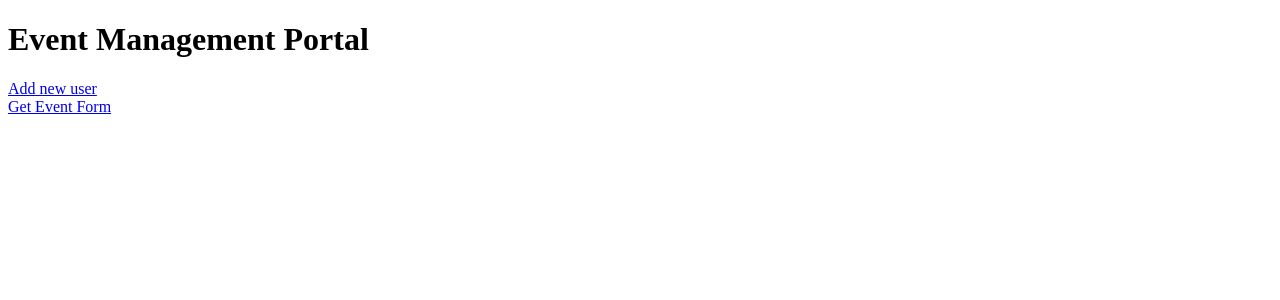
Repository: aradhyakasat/training_projects
Page: http://localhost/event_management/
An editor plug-in stored every save of this project. The page is shown before and after the next save, followed by the edit.
The browser window is 1280 px wide. The pictures show the whole page.
The page is served by Tomcat 9. Nobody is signed in. The application's start-up code is not run.

Above is the page before, as saved 2018-08-01 04:49:52.

After the next save:
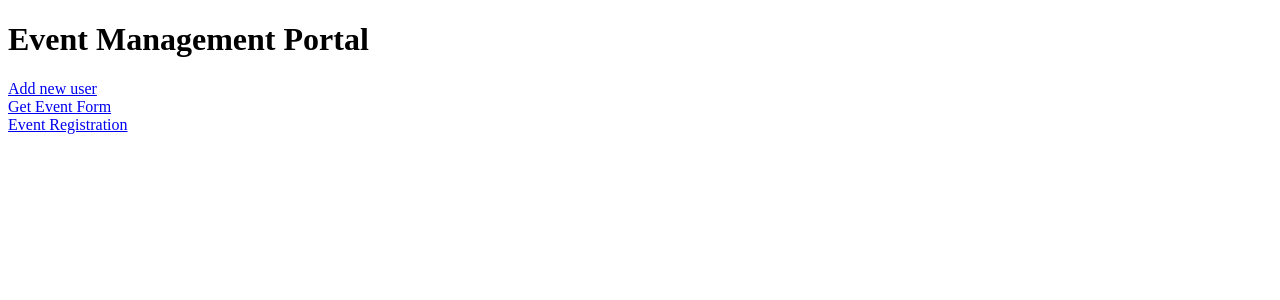
Saved 6 min 21 s later.
--- a/spring-eclipse-workspace/event_management/src/main/webapp/index.jsp
+++ b/spring-eclipse-workspace/event_management/src/main/webapp/index.jsp
@@ -10,5 +10,6 @@
 	<h1>Event Management Portal</h1>
 	<a href="addUserForm.do">Add new user</a> <br/>
 	<a href="eventForm.do">Get Event Form</a> <br/>
+	<a href="eventRegisterForm.do">Event Registration</a><br/>
 </body>
 </html>
